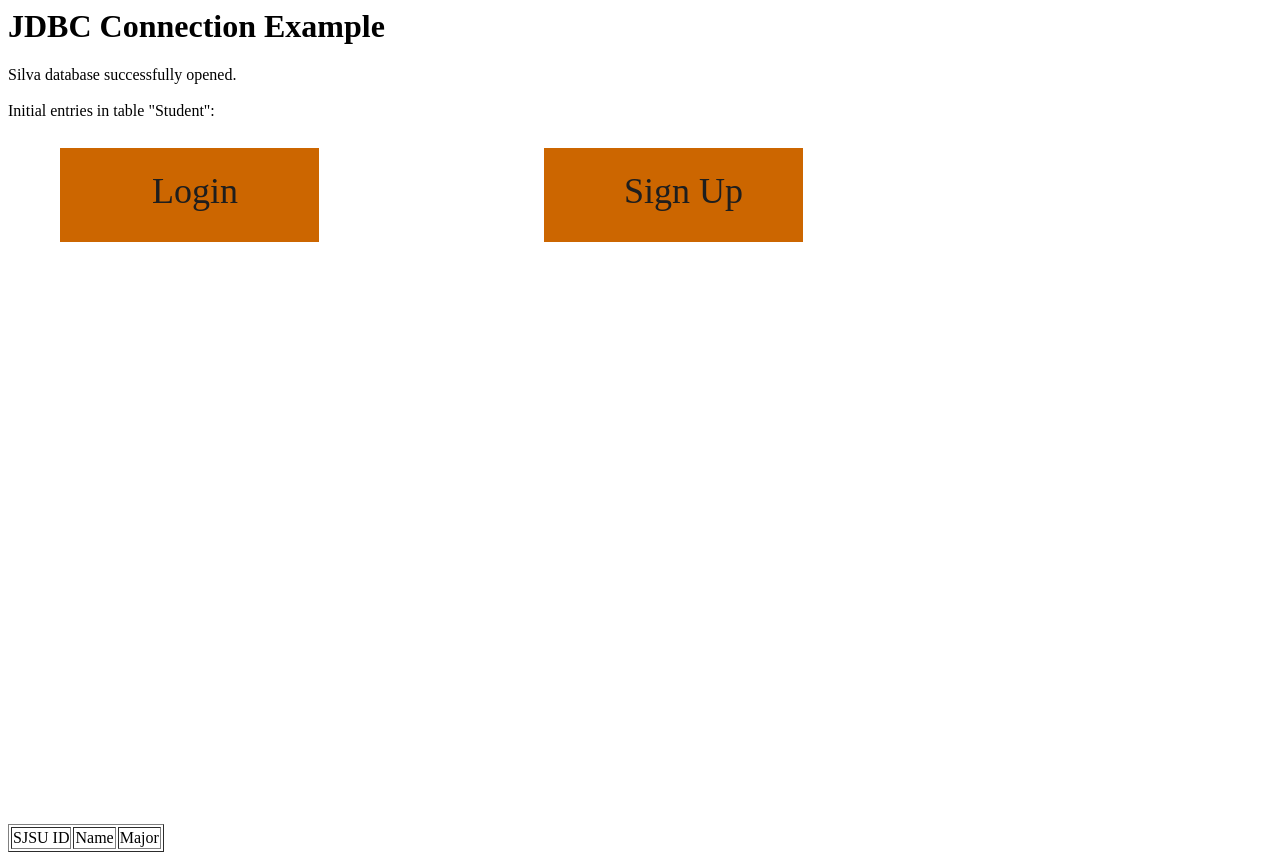
Repository: dannie-su-sjsu/CS157A-team6
Page: http://localhost/ToMovie/JDBCdemo.jsp
An editor plug-in stored every save of this project. The page is shown before and after the next save, followed by the edit.
The browser window is 1280 px wide. The pictures show the whole page.
The page is served by Tomcat 9. Queries for data that is not in the repository find no rows.

Above is the page before, as saved 2023-07-11 07:16:19.

After the next save:
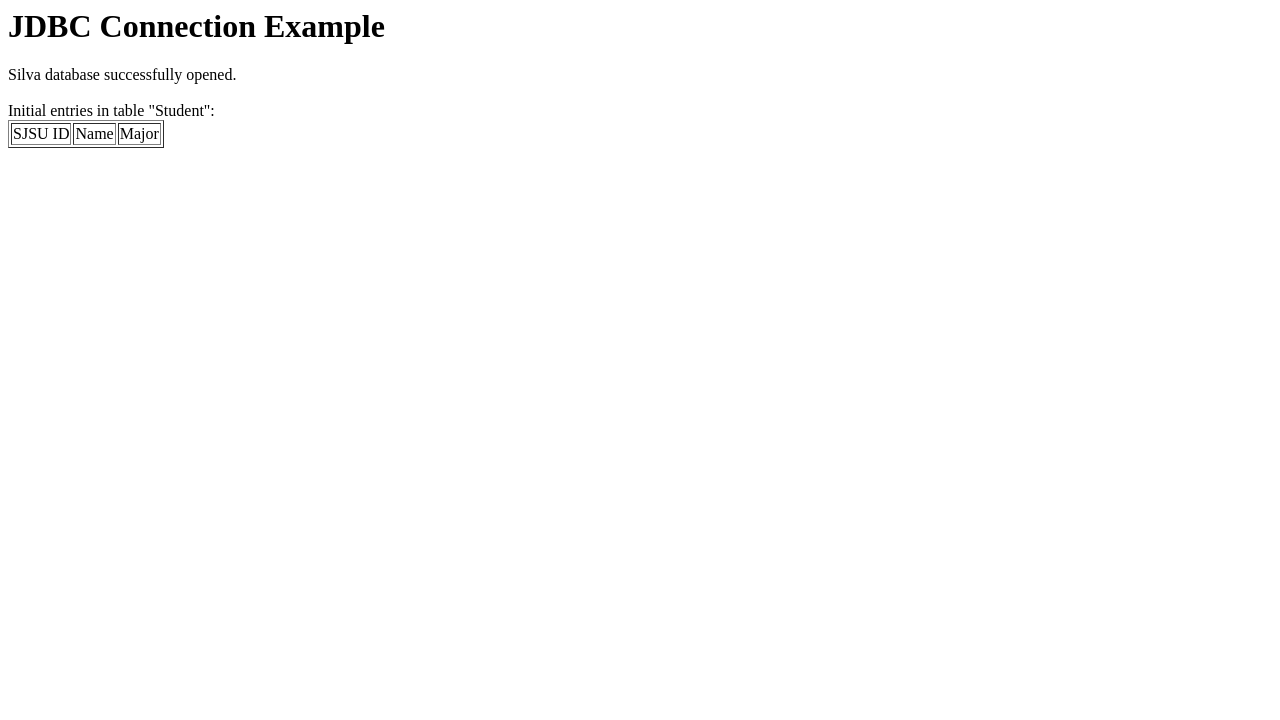
Saved 11 min 44 s later.
--- a/ToMovie/src/main/webapp/JDBCdemo.jsp
+++ b/ToMovie/src/main/webapp/JDBCdemo.jsp
@@ -1,7 +1,7 @@
 <%@ page import="java.sql.*"%>
 <html>
   <head>
-    <title>Three Tier Architecture Demo</title>
+    <title>ToMovie Main Page</title>
     </head>
   <body>
     <h1>JDBC Connection Example</h1>
@@ -37,16 +37,5 @@
             out.println("SQLException caught: " + e.getMessage());
         }
     %>
-   <div style="width: 100%; height: 100%; position: relative">
-    <div style="width: 824px; height: 149px; left: 0px; top: 0px; position: absolute; background: rgba(217, 217, 217, 0)"></div>
-    <div style="width: 259px; height: 94px; left: 536px; top: 28px; position: absolute">
-        <div style="width: 259px; height: 94px; left: 0px; top: 0px; position: absolute; background: #CC6600"></div>
-        <div style="left: 80px; top: 22px; position: absolute; text-align: center; color: #1E1E1E; font-size: 36px; font-family: Jockey One; font-weight: 400; word-wrap: break-word">Sign Up</div>
-    </div>
-    <div style="width: 259px; height: 94px; left: 52px; top: 28px; position: absolute">
-        <div style="width: 259px; height: 94px; left: 0px; top: 0px; position: absolute; background: #CC6600"></div>
-        <div style="left: 92px; top: 22px; position: absolute; text-align: center; color: #1E1E1E; font-size: 36px; font-family: Jockey One; font-weight: 400; word-wrap: break-word">Login</div>
-    </div>
-	</div>
   </body>
 </html>
